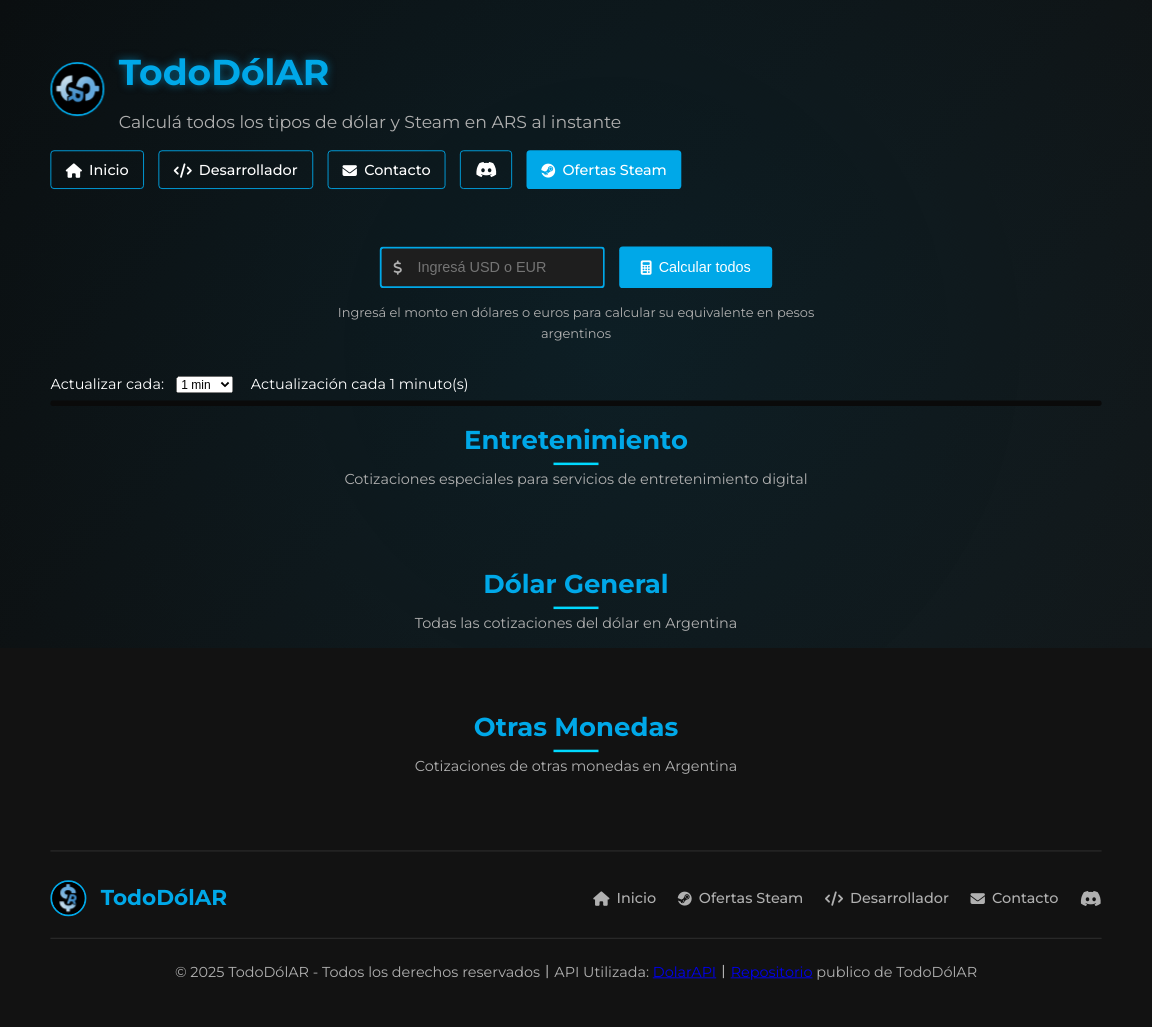
Repository: FabriDevelope/todod-lar-ar
Page: inicio/index.html
The author's editor kept a copy of each file at every save. The page is drawn from the files as they stood at one save, then again after the next save.
The browser window is 1280 px wide. The pictures show the whole page, at 90% of full size.
The page's requests for data from a server got no answer.

Above is the page before, as saved 2025-09-06 23:23:20.

After the next save:
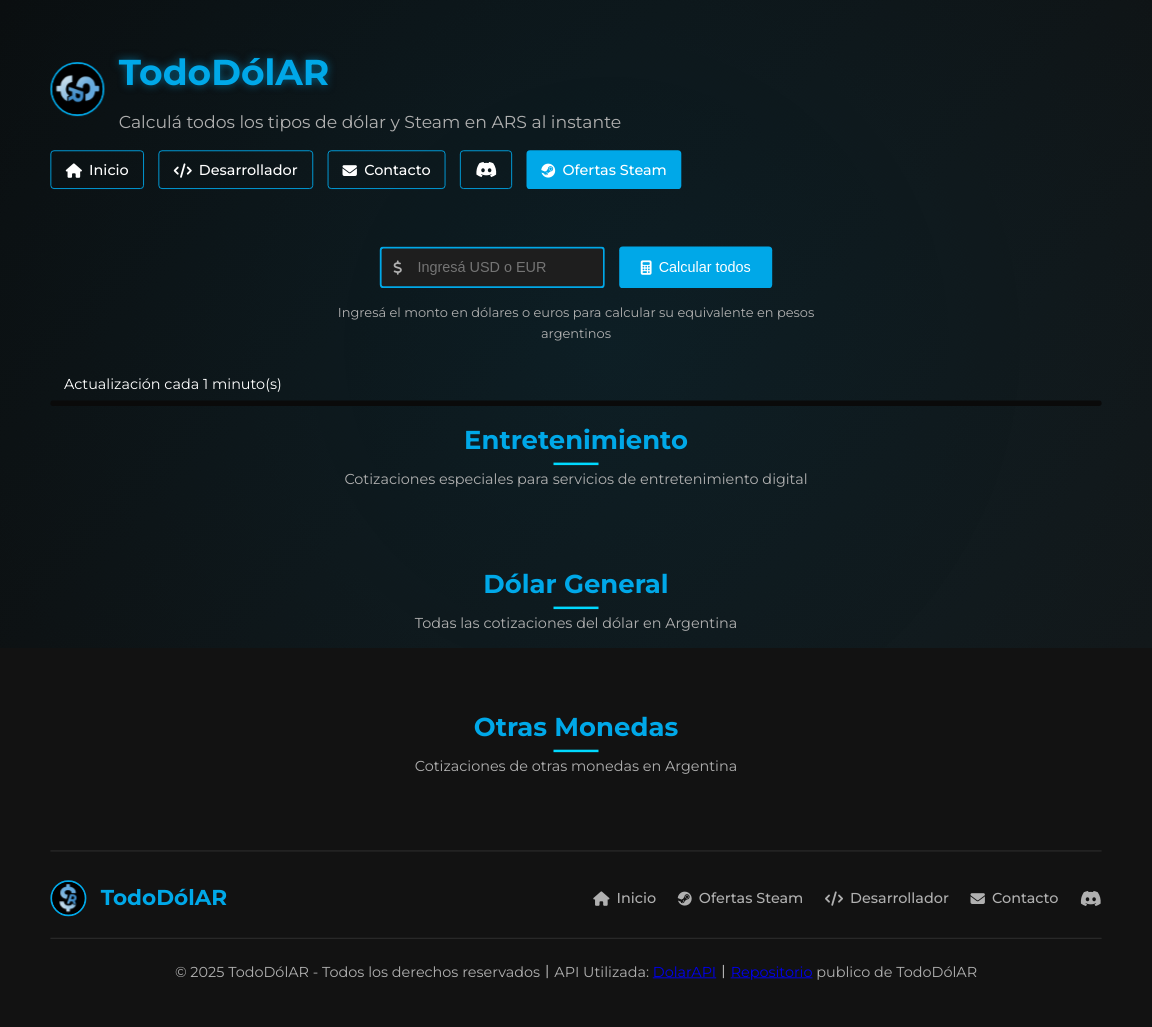
Console error: TypeError: Cannot read properties of null (reading 'addEventListener')
Saved 92 s later.
--- a/inicio/index.html
+++ b/inicio/index.html
@@ -59,13 +59,6 @@
         </section>
 
         <div id="update-container" style="margin: 15px 0;">
-            <label for="update-interval-select" style="color: var(--light-text); margin-right: 10px;">Actualizar cada:</label>
-            <select id="update-interval-select">
-                <option value="60000">1 min</option>
-                <option value="300000">5 min</option>
-                <option value="900000">15 min</option>
-                <option value="3600000">1 hora</option>
-            </select>
             <span id="update-text" style="color: var(--light-text); margin-left: 15px;">Actualización cada 1 minuto(s)</span>
             <div id="update-bar-container" style="background: var(--darker-bg); border-radius: 5px; overflow: hidden; height: 6px; margin-top: 5px;">
                 <div id="update-bar" style="height: 100%; width: 0%; background: var(--accent-color); transition: width 0.1s linear;"></div>
